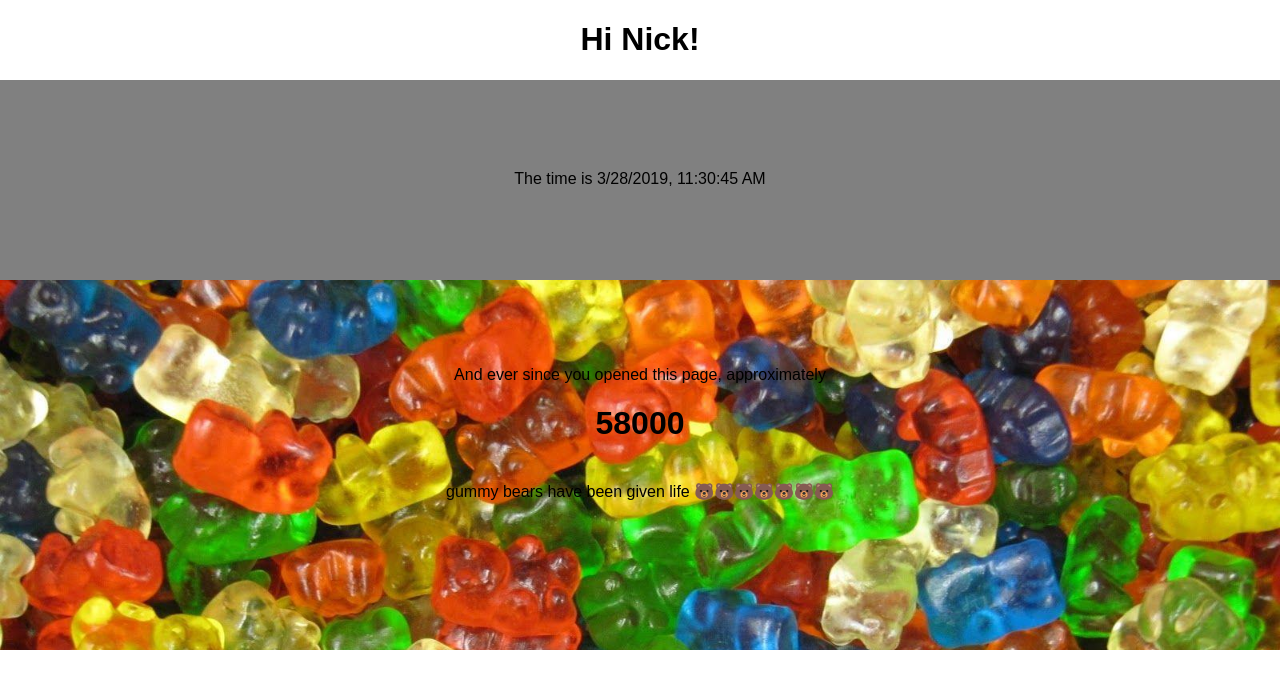
Repository: crispinonicky/gummy-facts
Page: /
These files come from the project's save history. The page is drawn as it stood at one moment and after the next save; the edit follows.
The browser window is 1280 px wide. The pictures show the whole page.
The project was rebuilt for these pictures with package versions that can differ from the ones it lists, and the page was loaded fresh each time.

Above is the page before, as saved 2019-03-28 15:34:46.

After the next save:
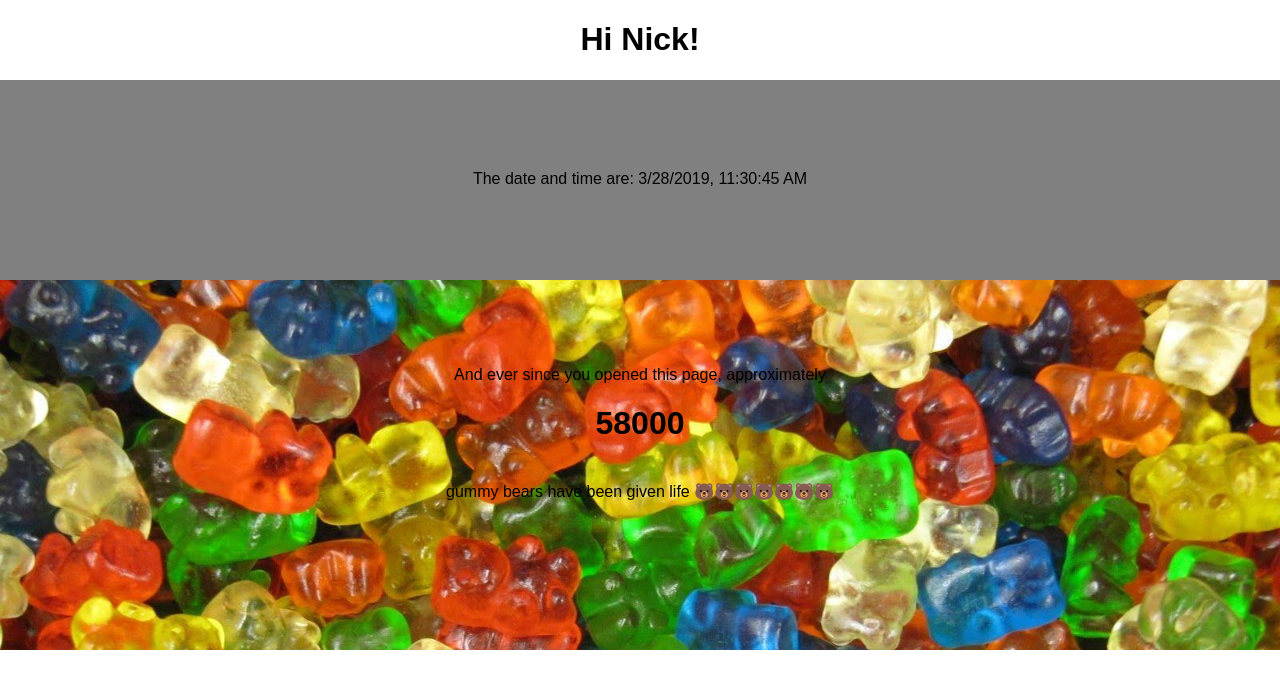
Saved 24 s later.
--- a/src/components/Clock.js
+++ b/src/components/Clock.js
@@ -33,7 +33,7 @@ class Clock extends React.Component {
     return (
       <div className = "Clock">
       <p>
-        The time is {this.state.time}
+        The date and time are: {this.state.time}
       </p>
       </div>
     );
